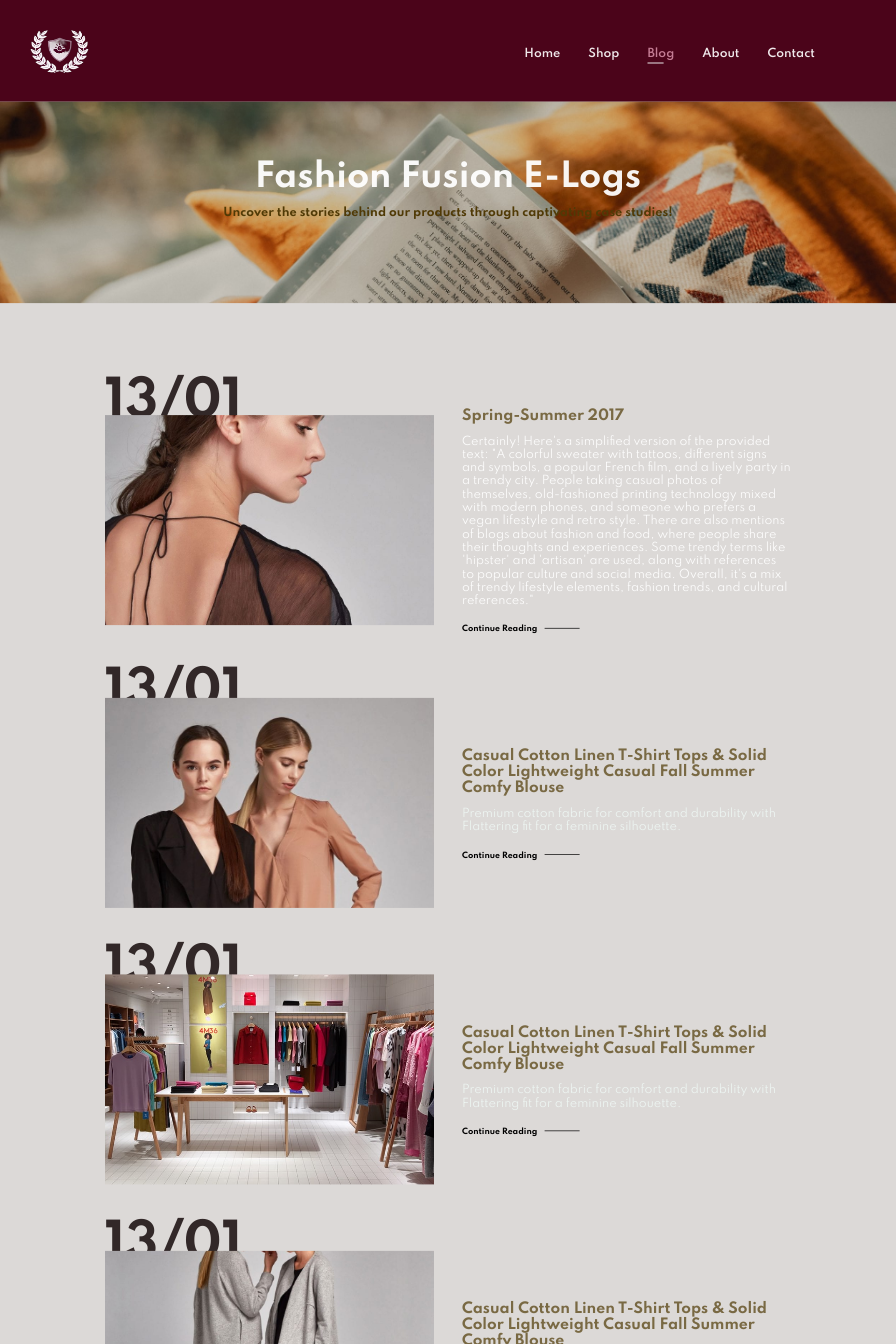
Repository: JhananiNallasamy/ECommerce-website-deployment
Page: blog.html
An editor plug-in stored every save of this project. The page is shown before and after the next save, followed by the edit.
The browser window is 1280 px wide. The pictures show the part of the page from y = 0 to 1920 px (the page is 3617 px tall), at 70% of full size.
Some web libraries are served in a nearby version.

Above is the page before, as saved 2024-05-05 10:44:53.

### blog.html
<!DOCTYPE html>
<html lang="en">
<head>
    <meta charset="UTF-8">
    <meta name="viewport" content="width=device-width, initial-scale=1.0">
    <title>E-COMMERCE WEBSITE</title>
    <link rel="stylesheet" href="https://pro.fontawesome.com/releases/v5.10.0/css/all.css"/>
    <link rel="stylesheet" href="style.css">
</head>

<body style="background-color: rgba(157, 149, 144, 0.353);">
    <section id="header">
        <a href="#"> <img src="img/logo.png" height="80px", width="90px" class="logo" alt="logo"> </a>

        <div>
            <ul id="navbar">
                <li><a href="index.html">Home</a></li>
                <li><a>Shop</a></li>
                <li><a class="active" href="blog.html">Blog</a></li>
                <li><a href="about.html">About</a></li>
                <li><a href="contact.html">Contact</a></li>
                <li id="lg-bag"><a href="cart.html"><i class="far fa-shopping-bag"></i></a></li>
                <a href="#" id="close"><i class="far fa-times"></i></a>
            </ul>
        </div>
        <div id="mobile">
            <a href="cart.html"><i class="far fa-shopping-bag"></i></a>
            <i id="bar" class="fas fa-outdent"></i>
        </div>
    </section>

    <!--nav bar code at top is over -->

    <section id="page-header" class="blog-header">

        <h2 style="color: #fffffff1">Fashion Fusion E-Logs</h2>
        <p style="color: #503a06; font-weight: bold;">Uncover the stories behind our products through captivating case studies!</p><br>
    </section>

    <section id="blog">
        <div class="blog-box">
            <div class="blog-img">
                <img src="img/blog/b1.jpg" alt="b1 in blog">
            </div>
            <div class="blog-details">
            <h4 style="color: #503a06b4;"> Spring-Summer 2017 </h4>
            <p style="color: #fffffff1">Certainly! Here's a simplified version of the provided text:

                "A colorful sweater with tattoos, different signs and symbols, a popular French film, and a lively party in a trendy city. People taking casual photos of themselves, old-fashioned printing technology mixed with modern phones, and someone who prefers a vegan lifestyle and retro style.

                There are also mentions of blogs about fashion and food, where people share their thoughts and experiences. Some trendy terms like 'hipster' and 'artisan' are used, along with references to popular culture and social media.

                Overall, it's a mix of trendy lifestyle elements, fashion trends, and cultural references."</p>
            <a href="#"> Continue Reading </a>
            </div>
            <h1>13/01</h1>
        </div>
        <div class="blog-box">
            <div class="blog-img">
                <img src="img/blog/b2.jpg" alt="b2 in blog">
            </div>
            <div class="blog-details">
            <h4 style="color: #503a06b4;"> Casual Cotton Linen T-Shirt Tops & Solid Color Lightweight Casual Fall Summer Comfy Blouse </h4>
            <p>Premium cotton fabric for comfort and durability with Flattering fit for a feminine silhouette.</p>
            <a href="#"> Continue Reading </a>
            </div>
            <h1>13/01</h1>
        </div>
        <div class="blog-box">
            <div class="blog-img">
                <img src="img/blog/b3.jpg" alt="b3 in blog">
            </div>
            <div class="blog-details">
            <h4 style="color: #503a06b4;"> Casual Cotton Linen T-Shirt Tops & Solid Color Lightweight Casual Fall Summer Comfy Blouse </h4>
            <p>Premium cotton fabric for comfort and durability with Flattering fit for a feminine silhouette.</p>
            <a href="#"> Continue Reading </a>
            </div>
            <h1>13/01</h1>
        </div>
        <div class="blog-box">
            <div class="blog-img">
                <img src="img/blog/b4.jpg" alt="b4 in blog">
            </div>
            <div class="blog-details">
            <h4 style="color: #503a06b4;"> Casual Cotton Linen T-Shirt Tops & Solid Color Lightweight Casual Fall Summer Comfy Blouse </h4>
            <p>Premium cotton fabric for comfort and durability with Flattering fit for a feminine silhouette.</p>
            <a href="#"> Continue Reading </a>
            </div>
            <h1>13/01</h1>
        </div>
        <div class="blog-box">
            <div class="blog-img">
                <img src="img/blog/b5.jpg" alt="b5 in blog">
            </div>
            <div class="blog-details">
            <h4 style="color: #503a06b4;"> Casual Cotton Linen T-Shirt Tops & Solid Color Lightweight Casual Fall Summer Comfy Blouse </h4>
            <p>Premium cotton fabric for comfort and durability with Flattering fit for a feminine silhouette.</p>
            <a href="#"> Continue Reading </a>
            </div>
            <h1>13/01</h1>
        </div>



    </section>
        <section id="pagination" class="section-p1">
        <a href="#">1</a>
        <a href="#">2</a>
        <a href="#"><i class="fal fa-long-arrow-alt-right"></i></a>
        </section>


    <section id="newsletter" class="section-p1 section-m1">
        <div class="newstext">
            <h4>Sign Up for Newsletters</h4>
            <p>Get E-mail updates about our latest shop and <span>special offers</span>.</p>
        </div>
        <div class="form">
            <input type="text" placeholder="Your E-mail Address">
            <button class="normal">Sign Up</button>
        </div>
    </section>

    <footer class="section-p1">
        <div class="col">
            <img class="logo" src="img/logo.png" alt="logo image">
            <h4 style="color: maroon;">Contact</h4>
            <p style="color: maroon;"><strong>Address:</strong>103 Washington Road,Street32,SanFransico</p>
            <p style="color: maroon;"><strong>Phone:</strong>(+91) 78936 41730</p>
            <p style="color: maroon;"><strong>Hours:</strong>24 hrs,Mon-Sun</p>
            <div class="follow">
                <h4 style="color: rgb(32, 2, 2);">Follow Us</h4>
                <div class="icon">
                    <i class="fab fa-facebook-f"></i>
                    <i class="fab fa-twitter"></i>
                    <i class="fab fa-instagram"></i>
                    <i class="fab fa-pinterest-p"></i>
                    <i class="fab fa-youtube"></i>
                </div>
            </div>
        </div>
        <div class="col">
            <h4 style="color: maroon;">About</h4>
            <a href="#">About Us</a>
            <a href="#">Delivery Information</a>
            <a href="#">Privacy Policy</a>
            <a href="#">Terms & Conditions</a>
            <a href="#">Contact Us</a>
        </div>
        <div class="col">
            <h4 style="color: maroon;">My Account</h4>
            <a href="#">Sign In</a>
            <a href="#">View Cart</a>
            <a href="#">My Wishlist</a>
            <a href="#">Track My Order</a>
            <a href="#">Help</a>
        </div>
        <div class="col install">
            <h4 style="color: maroon;">Install App</h4>
            <p style="color: rgb(29, 2, 2);">From App Store or Google Play</p>
            <div class="row">
                <img src="img/pay/app.jpg" alt="app img in pay folder">
                <img src="img/pay/play.jpg" alt="play img in pay folder">
            </div>
            <p style="color: rgb(30, 2, 2);">Secured Payment Gateways</p>
            <img src="img/pay/pay.png"  alt="pay img inside pay folder">
        </div>
            <div class="copyright">
                <p style="color: rgb(14, 1, 1);">© 2025, Jhanani - HTML CSS Ecommerce Template</p>
            </div>
        </footer>


    <script src="script.js"></script>

</body>
</html>

Loaded but not shown: script.js (17 lines, source omitted); style.css (858 lines, source omitted)

After the next save:
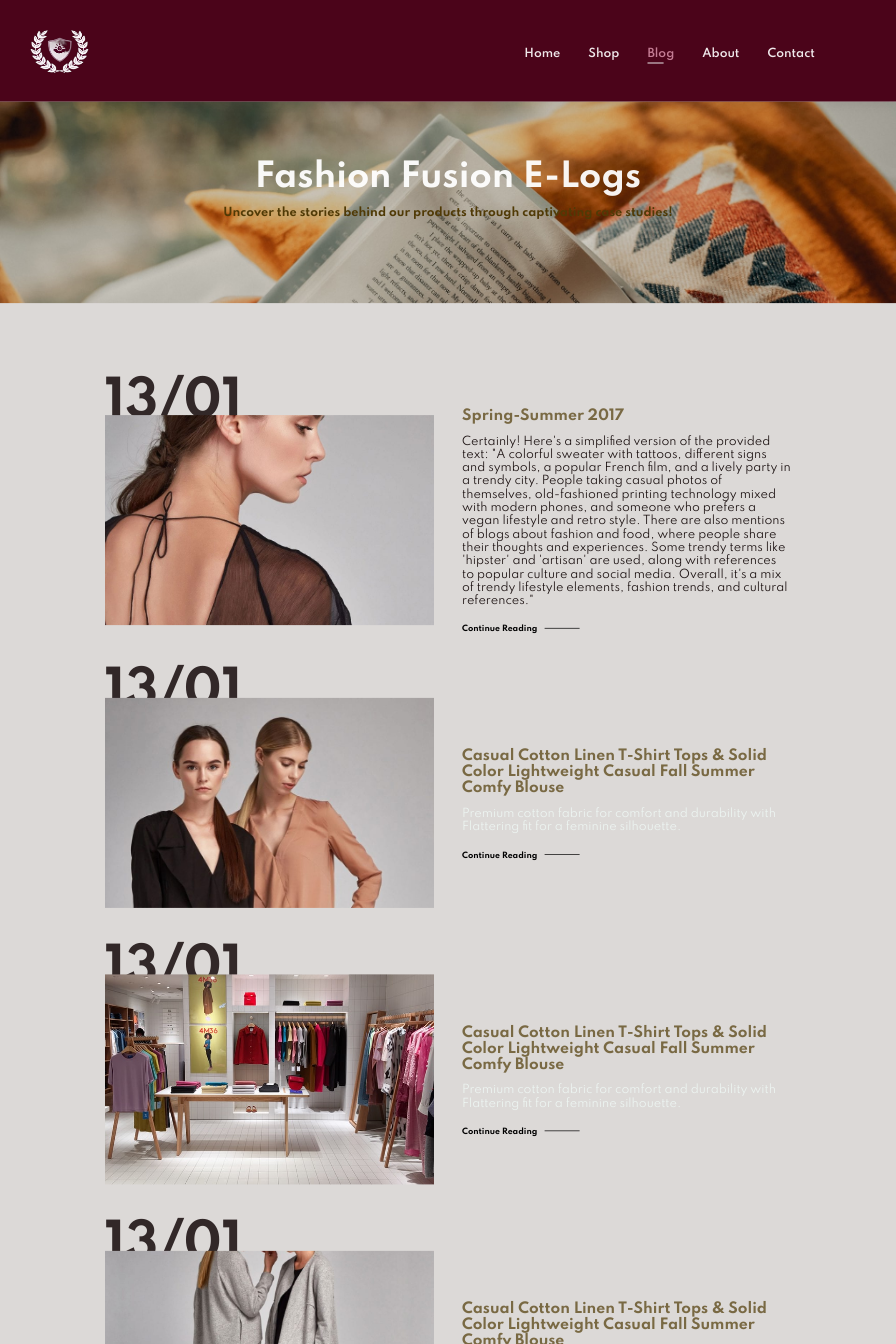
Saved 8 s later.
--- a/blog.html
+++ b/blog.html
@@ -44,7 +44,7 @@
             </div>
             <div class="blog-details">
             <h4 style="color: #503a06b4;"> Spring-Summer 2017 </h4>
-            <p style="color: #fffffff1">Certainly! Here's a simplified version of the provided text:
+            <p style="color: #0e0303f1">Certainly! Here's a simplified version of the provided text:
 
                 "A colorful sweater with tattoos, different signs and symbols, a popular French film, and a lively party in a trendy city. People taking casual photos of themselves, old-fashioned printing technology mixed with modern phones, and someone who prefers a vegan lifestyle and retro style.
 
